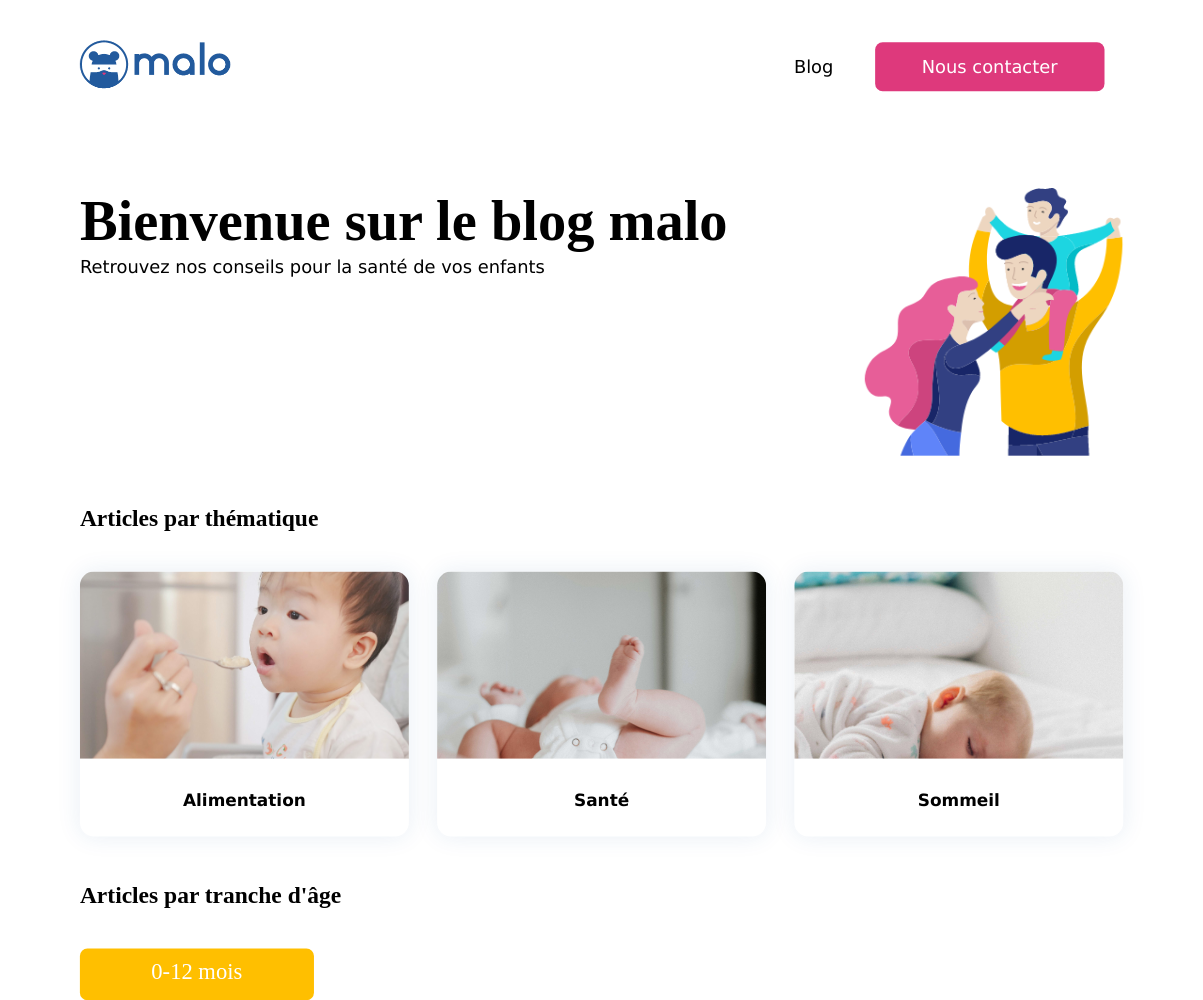
Repository: carbone-dev/keli-malo
Page: blog.html
An editor plug-in stored every save of this project. The page is shown before and after the next save, followed by the edit.
The browser window is 1280 px wide. The pictures show the whole page, at 94% of full size.

Above is the page before, as saved 2020-12-09 14:37:18.

After the next save:
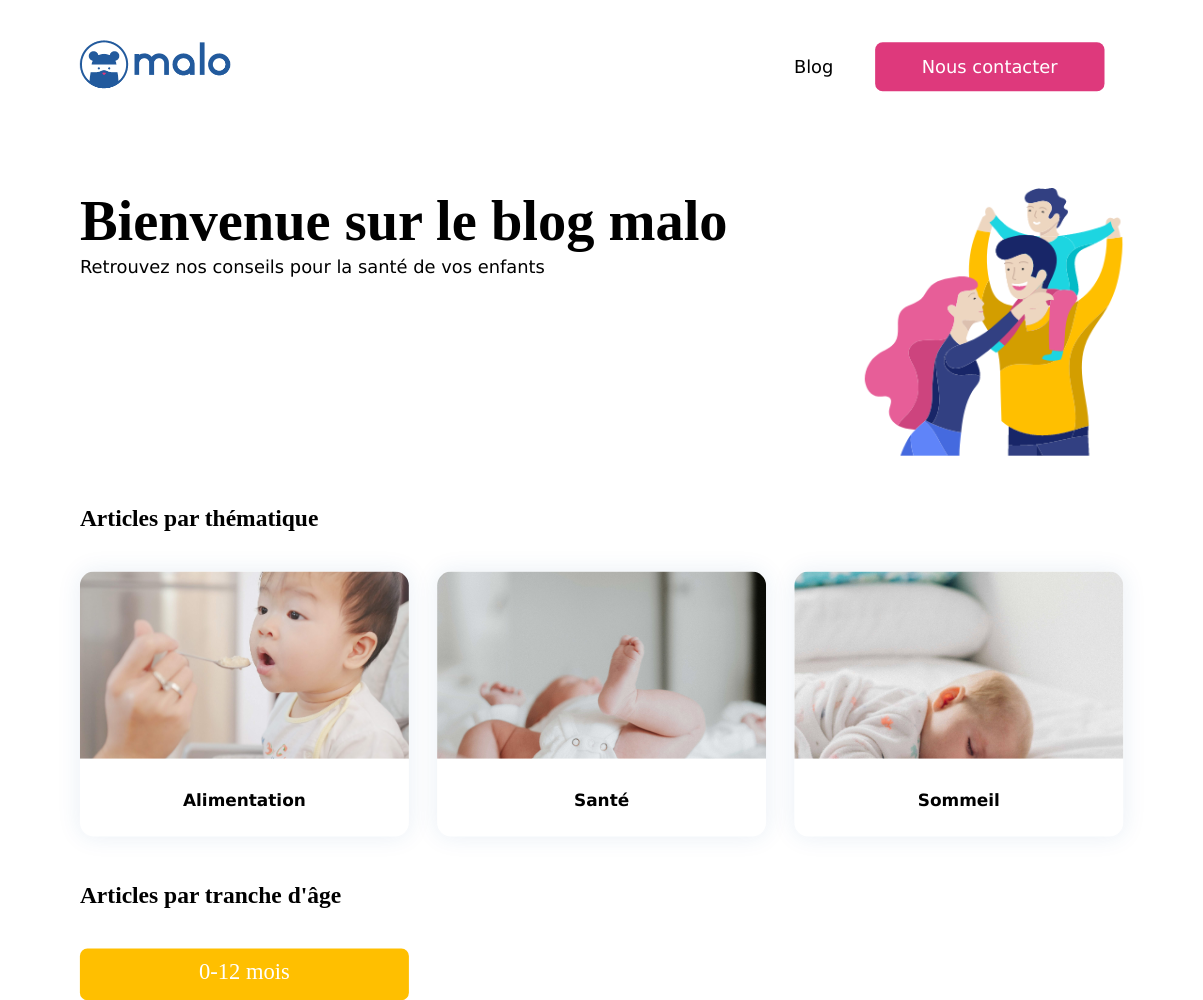
Saved 50 s later.
--- a/blog.html
+++ b/blog.html
@@ -103,7 +103,7 @@
             <h3>Articles par tranche d'âge</h3>
             <div class="row">
                 <div class="col-sm-12 col-md-4">
-                    <button class="btn btn-tertiary">0-12 mois</button>
+                    <button class="btn btn-tertiary full-width">0-12 mois</button>
                 </div>
 
             </div>
